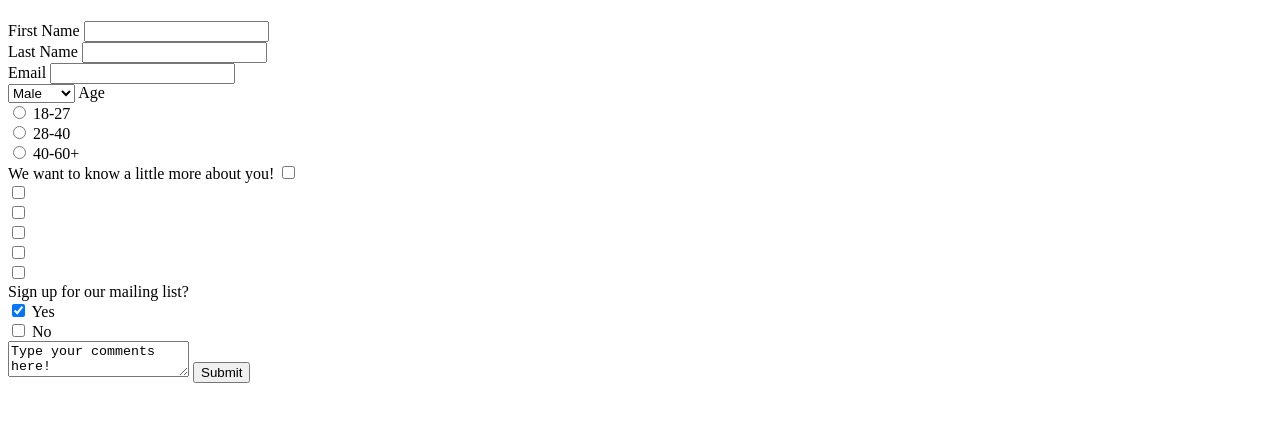
Repository: sunkim96/cosw30
Page: homework/homework2/contact.html
The author's editor kept a record of every edit. The page is drawn from the files as they stood at one moment, then again after the next edit.
The browser window is 1280 px wide. The pictures show the whole page.

Above is the page before.

### homework/homework2/contact.html
<!doctype html>
<html>
    <head>
        <meta charset="utf-8">
        <title>Political Campaign</title>
    </head>
    <body>
        <h1></h1>


        <form action="process_contact.php" method="POST">
            <!-- first and last name, email !-->
            <label for="first_name">First Name</label>
            <input type="text" id="first_name" name="first_name" required><br>

            <label for="last_name">Last Name</label>
            <input type="text" id="last_name" name="last_name" required><br>

            <label for="email">Email</label>
            <input type="email" id="email" name="email" required><br>


            <!-- gender as a dropdown !-->
            <select name="gender">
                <option value ="male">Male</option>
                <option value ="female">Female</option>
                <option value ="other"></option>Other</option>
                <option value ="none"></option>Prefer Not to Say</option>
            </select>

            <!-- age with radio !-->
            <label for="age">Age</label><br>
                <input type="radio" name="age" value="18-27"> 18-27<br>
                <input type="radio" name="age" value="28-40"> 28-40<br>
                <input type="radio" name="age" value="40-60"> 40-60+<br>

            <!-- interesting things, checkboxes for these options !-->
            <label for="interests">We want to know a little more about you!</label>
                <input type="checkbox" name="" value=""> <br>
                <input type="checkbox" name="" value=""> <br>
                <input type="checkbox" name="" value=""> <br>
                <input type="checkbox" name="" value=""> <br>
                <input type="checkbox" name="" value=""> <br>
                <input type="checkbox" name="" value=""> <br>

              <!--<label for="contribution">Your Contribution</label>
             $0
              <input type="range" id="a" name="a" value="0">
              $100 +
              <input type="number" id="b" name="b" value="50">
                =
              <output name="x" for="a b"></output>!-->

              <!-- mailing list yes or no !-->
             <label for="yesno">Sign up for our mailing list?</label><br>
              <input type="checkbox" name="yes" value="yes" checked> Yes<br>
              <input type="checkbox" name="no" value="no"> No<br>

            <textarea name="comments" id="comments">Type your comments here!</textarea>
            <button>Submit</button>
        </form>



    </body>





</html>

After the next edit:
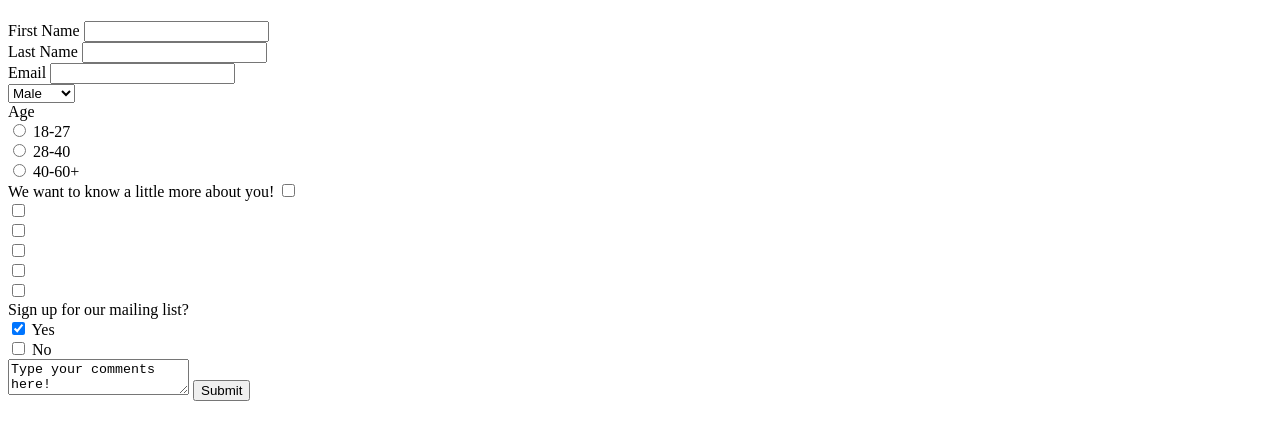
The edit:
--- a/homework/homework2/contact.html
+++ b/homework/homework2/contact.html
@@ -26,7 +26,7 @@
                 <option value ="female">Female</option>
                 <option value ="other"></option>Other</option>
                 <option value ="none"></option>Prefer Not to Say</option>
-            </select>
+            </select><br>
 
             <!-- age with radio !-->
             <label for="age">Age</label><br>
